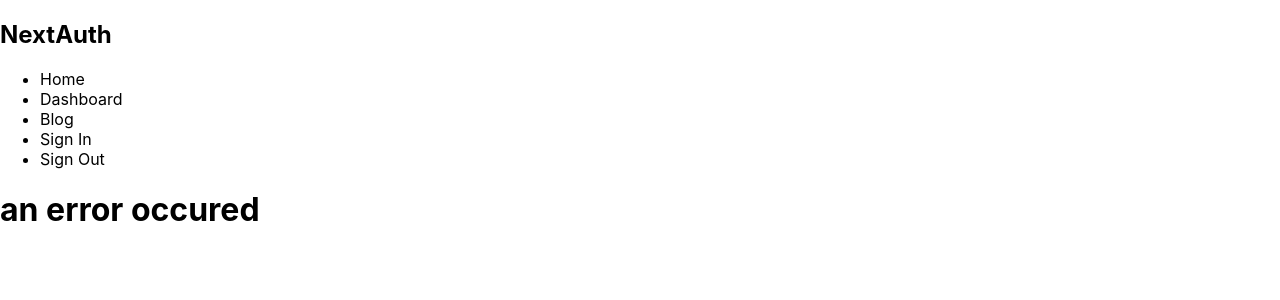
Repository: adeel146/nextjs
Page: /comments
The author's editor kept a copy of each file at every save. The page is drawn from the files as they stood at one save, then again after the next save.
The browser window is 1280 px wide. The pictures show the whole page.
The page's requests for data from a server got no answer. The project was rebuilt for these pictures with package versions that can differ from the ones it lists, and the page was loaded fresh each time. The framework's server and built-in components were replaced by stand-ins that run in the browser. No one was signed in, and anything a server would have sent is missing. Also part of the build but not shown: next.config.js.

Above is the page before, as saved 2022-02-08 15:03:18.

After the next save:
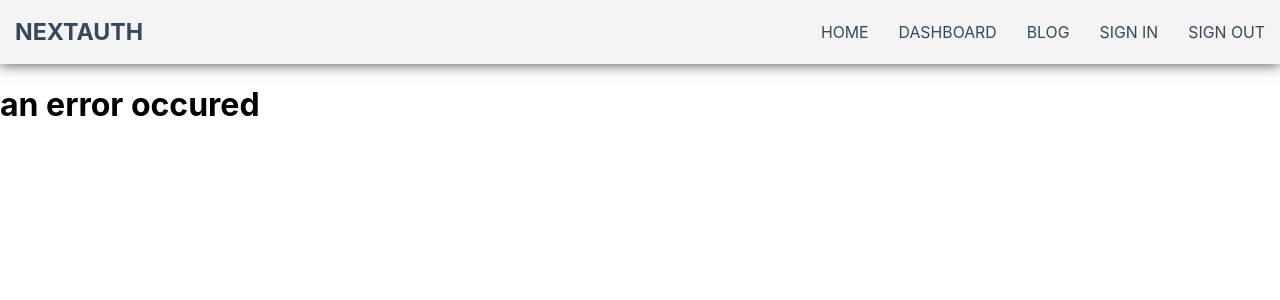
Saved 7 s later.
--- a/pages/_app.js
+++ b/pages/_app.js
@@ -1,6 +1,6 @@
 import Navbar from '../components/Navbar'
 import '../styles/globals.css'
-import '../components/Navbar'
+import '../components/Navbar.css'
 function MyApp({ Component, pageProps }) {
   return <>
   <Navbar/>
